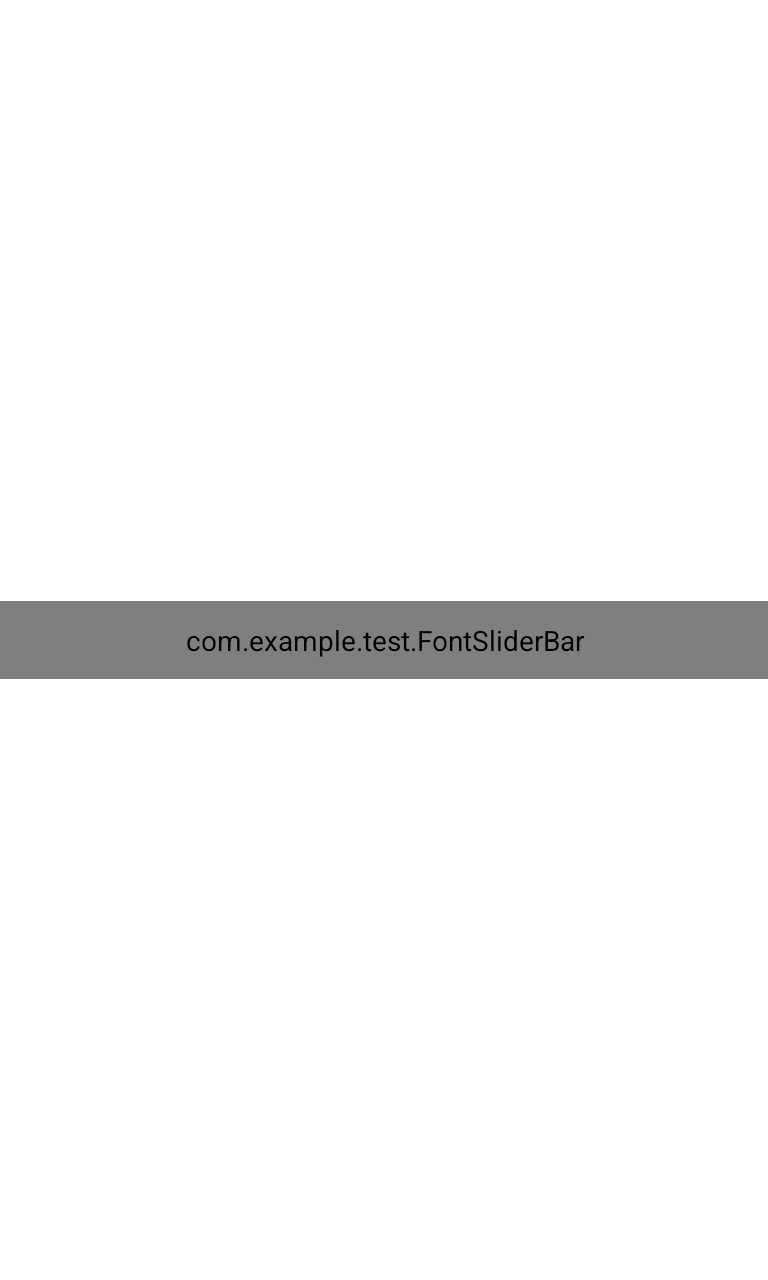
Repository: MichaelChansn/HostAndSlave
Layout: Test/res/layout/activity_main.xml
The author's editor kept a copy of each file at every save. The layout is drawn from the files as they stood at one save, then again after the next save.
Pictures or frames that could not be fetched are drawn as grey boxes. It is drawn on a 768 x 1280 px phone screen (xhdpi) without system bars, with theme AppTheme; the app's code is not run.

Above is the layout before, as saved 2016-08-22 15:39:16.

### Test/res/layout/activity_main.xml
<RelativeLayout xmlns:android="http://schemas.android.com/apk/res/android"
    xmlns:tools="http://schemas.android.com/tools"
    android:layout_width="match_parent"
    android:layout_height="match_parent"
    tools:context="com.example.test.MainActivity" >

     <!-- <com.example.test.FontView
        android:layout_width="wrap_content"
        android:layout_height="wrap_content"
        android:text="@string/hello_world" />  -->

<!-- <com.example.test.MultiCricleView
     android:layout_width="wrap_content"
        android:layout_height="wrap_content"
    /> -->
    <com.example.test.FontSliderBar
        android:id="@+id/sliderbar"
        android:layout_centerVertical="true"
        android:layout_centerHorizontal="true"
        android:layout_width="match_parent"
        android:layout_height="wrap_content"
        android:paddingLeft="10dp"
        android:paddingRight="10dp"
        android:paddingTop="10dp"
        android:paddingBottom="10dp"

        />
</RelativeLayout>

Loaded but not shown: Test/res/values/styles.xml (common file); Test/res/values-v11/styles.xml (common file); Test/res/values-v14/styles.xml (common file); Test/res/values/strings.xml (common file)

After the next save:
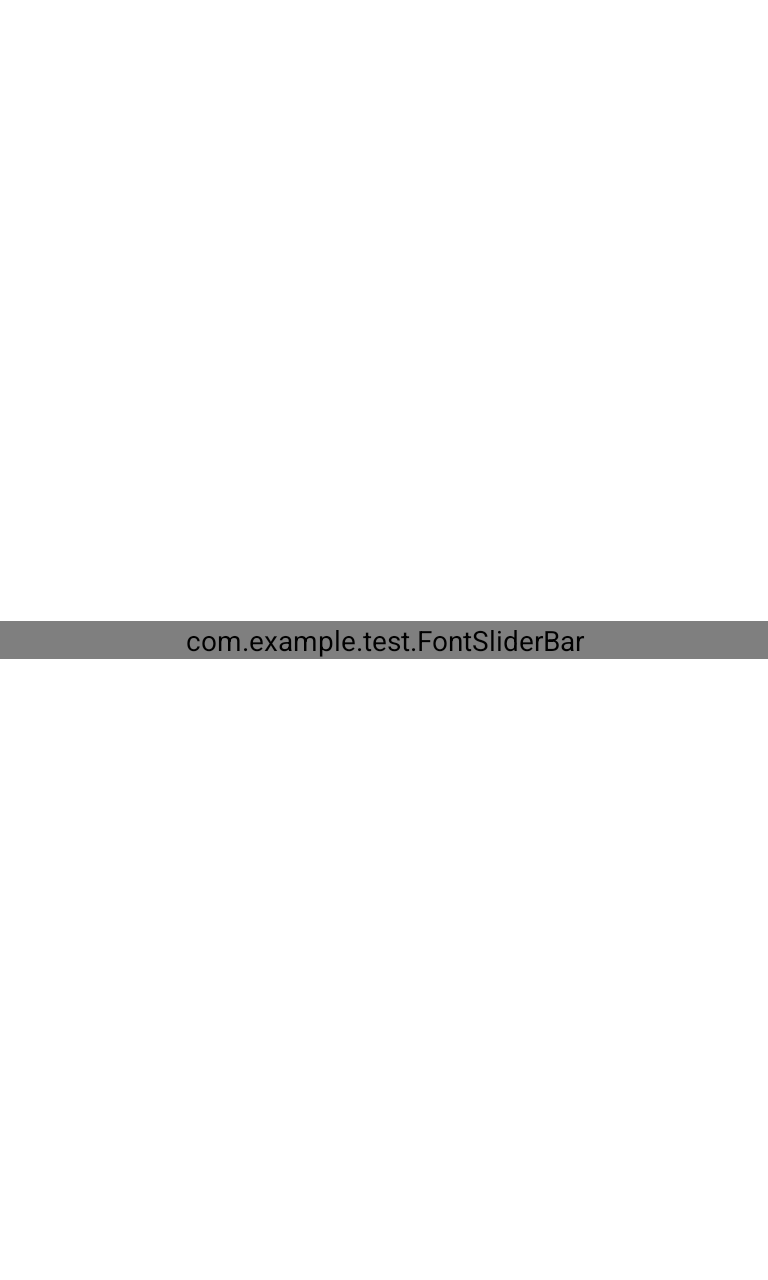
Saved 50 s later.
--- a/Test/res/layout/activity_main.xml
+++ b/Test/res/layout/activity_main.xml
@@ -21,8 +21,6 @@
         android:layout_height="wrap_content"
         android:paddingLeft="10dp"
         android:paddingRight="10dp"
-        android:paddingTop="10dp"
-        android:paddingBottom="10dp"
 
         />
 </RelativeLayout>

After the save that followed:
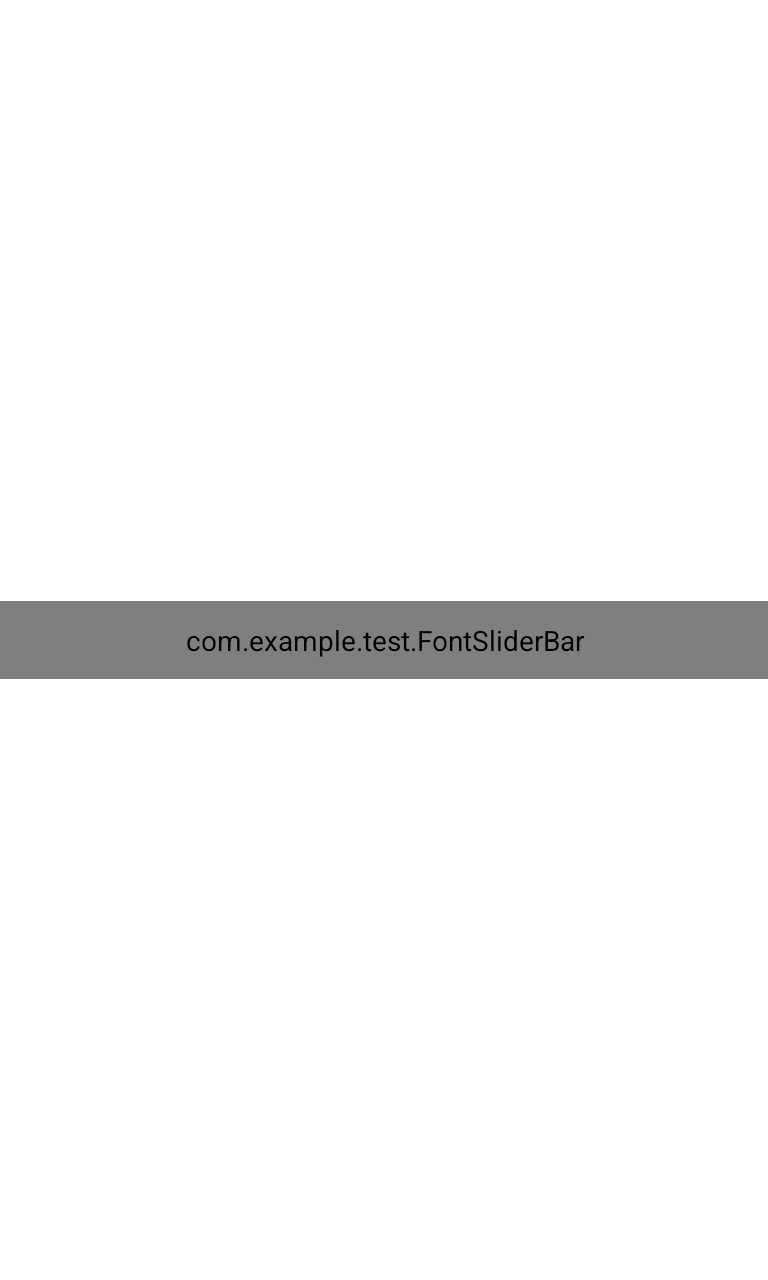
Saved 15 s later.
--- a/Test/res/layout/activity_main.xml
+++ b/Test/res/layout/activity_main.xml
@@ -21,6 +21,8 @@
         android:layout_height="wrap_content"
         android:paddingLeft="10dp"
         android:paddingRight="10dp"
+        android:paddingTop="10dp"
+        android:paddingBottom="10dp"
 
         />
 </RelativeLayout>
